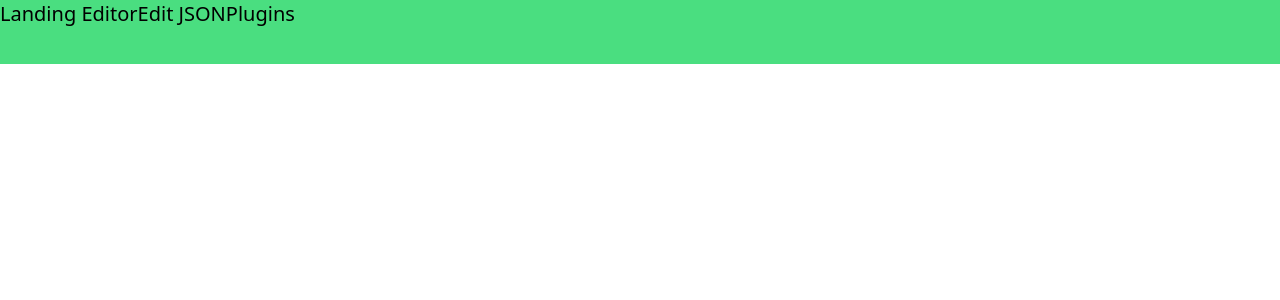
Repository: ShumilovMikhail/plugins-app
Page: / (app in app/frontend/)
An editor plug-in stored every save of this project. The page is shown before and after the next save, followed by the edit.
The browser window is 1280 px wide. The pictures show the whole page.
The project was rebuilt for these pictures with package versions that can differ from the ones it lists, and the page was loaded fresh each time. Also part of the build but not shown: app/frontend/angular.json.

Above is the page before, as saved 2024-05-13 07:27:06.

After the next save:
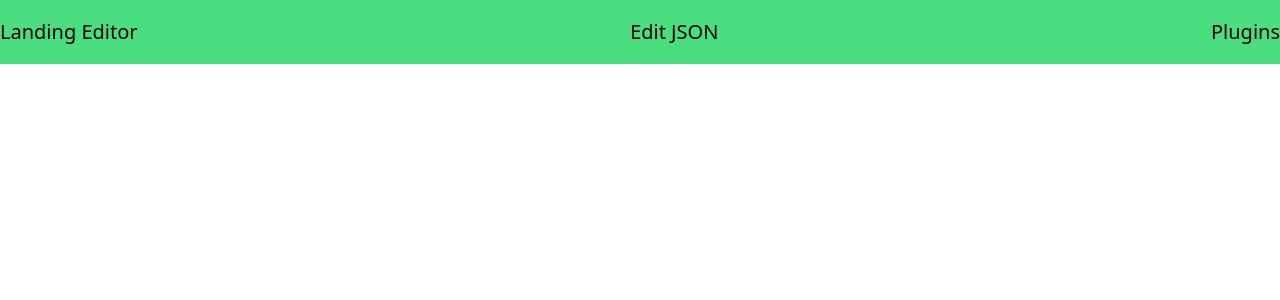
Saved 29 s later.
--- a/app/frontend/src/app/layout/header/header.component.html
+++ b/app/frontend/src/app/layout/header/header.component.html
@@ -1,4 +1,4 @@
-<div class="h-16 w-full bg-green-400">
+<div class="h-16 w-full bg-green-400 flex items-center justify-between">
   <span class="text-xl">{{headerService.pageName()}}</span>
   <a class="text-xl" routerLink="/editor/json">Edit JSON</a>
   <a class="text-xl" routerLink="/store">Plugins</a>
